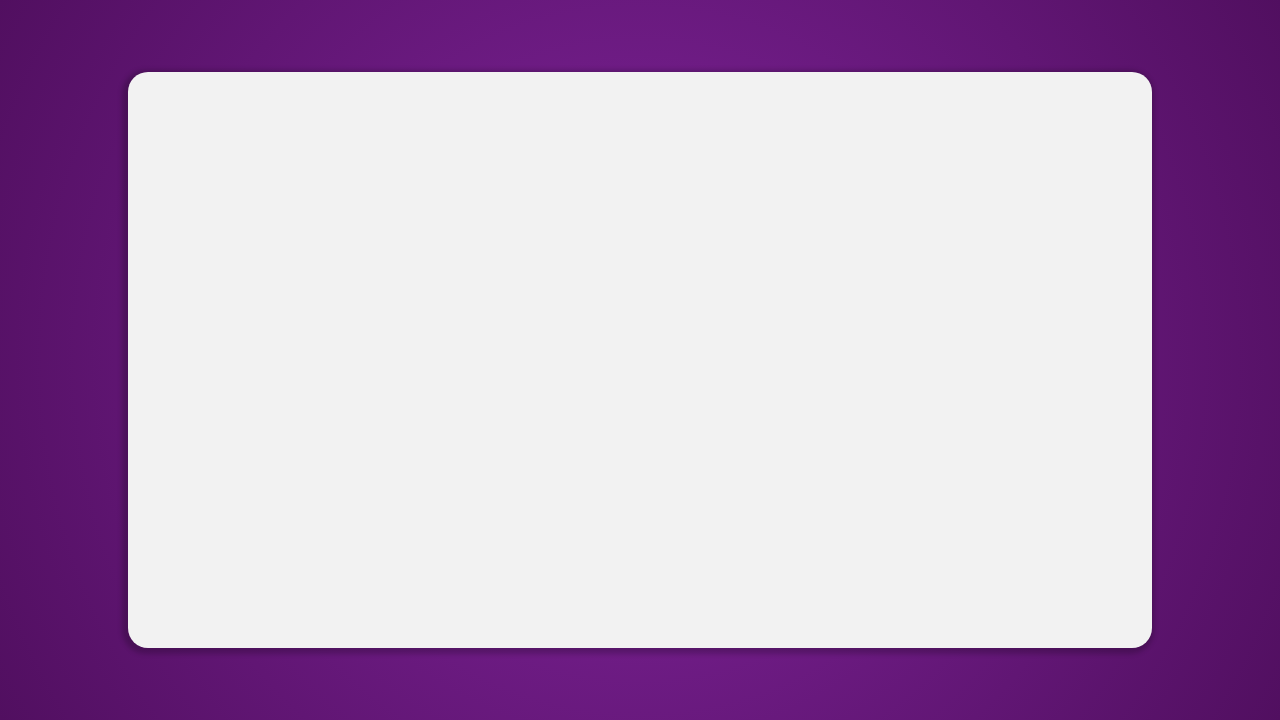
Repository: gabrielejandres/bd-final-project
Page: /play (app in frontend/)
These files come from the project's save history. The page is drawn as it stood at one moment and after the next save; the edit follows.
The browser window is 1280 px wide. The pictures show the whole page.
The project was rebuilt for these pictures with package versions that can differ from the ones it lists, and the page was loaded fresh each time. Also part of the build but not shown: frontend/src/App.css, frontend/src/components/Button/index.jsx, frontend/src/components/Logo/style.css, frontend/src/components/Logo/index.jsx, frontend/src/components/Footer/Login/index.jsx, frontend/src/pages/Login/index.jsx, frontend/src/components/Footer/Home/style.css, frontend/src/components/Footer/Home/index.jsx and 1 more.

Above is the page before, as saved 2022-03-05 21:19:07.

### frontend/src/App.js
import './App.css';
import Login from './pages/Login/index.jsx'
import Home from './pages/Home/index.jsx'
import Play from './pages/Play/index.jsx';
import {BrowserRouter, Route, Routes} from 'react-router-dom';


function App() {
  return (
    <div>
      <BrowserRouter>
          <Routes>
            <Route path="/login" element={<Login/>}/>
            <Route path="/" element={<Home/>}/>
            <Route path="/play" element={<Play/>}/>
          </Routes>
      </BrowserRouter>
    </div>
  );
}

export default App;

### frontend/src/pages/Play/index.jsx
import './style.css'

export default function Play(){
  return (
    <div className="main-page">
      <div className="game-container">

      </div>
    </div>
  )
}

### frontend/src/pages/Login/style.css
@import url('https://fonts.googleapis.com/css2?family=Montserrat:wght@100;400;700;900&display=swap');

:root {
    --color-brand-primary: #510F60;
    --color-brand-secondary: #F17E50;

    --color-neutral-lightest: #F2F2F2;
    --color-neutral-medium: rgba(133,133,133, 1);
    --color-neutral-darkest: #363636;

    --primary-brand-font: 'Montserrat', sans-serif;
}

.main-page {
  background-image: radial-gradient(circle, #81249C, var(--color-brand-primary));

  height: 100vh;

  display: flex;
  justify-content: center;
  align-items: center;
}

.logo img {
  height: 15vh;

  display: flex;
  justify-content: center;
  align-items: center;
}

.container-login {
  width: 40vw;
  height: 60vh;

  display: flex;
  align-items: center;
  justify-content: center;
  flex-direction: column;

  background-color: var(--color-neutral-lightest);

  border-radius: 20px;
  box-shadow: -2px 2px 5px 4px rgba(0,0,0,0.2) ;
}

.access-area {
  display: flex;
  justify-content: center;

  width: 35vw;
}

.user-interaction {
  display: flex;
  align-items: center;
  flex-direction: column;
  justify-content: center;

  margin-left: 1.5vw;
}

.profile {
  width: auto;
  height: auto;

  margin-top: 30px;
  margin-bottom: 50px;
}

.profile img {
  height: 150px;
  width: auto;
}

.input{
  border-radius: 10px;
  border: 1px solid var(--color-neutral-medium);

  height: 24px;
  width: 12vw;

  margin-bottom: 2.5vh;
  padding: 1vh;

  background-color: rgba(133,133,133, 0.2);

  font-family: var(--primary-brand-font);
}

input:focus {
  outline: none;
}

.container-footer {
  width: 100%;

  display: flex;
  align-items: center;
  justify-content: center;
}

.continue-button {
  display: flex;
  align-items: center;
  justify-content: center;
}

### frontend/src/pages/Home/style.css
@import url('https://fonts.googleapis.com/css2?family=Montserrat:wght@100;400;700;900&display=swap');

:root{
    --color-brand-primary: #510F60;
    --color-brand-secondary: #F17E50;
    --color-neutral-lightest: #F2F2F2;
    --primary-brand-font: 'Montserrat', sans-serif;
}

.container{
    width: 35vw;
    height: 65vh;
    display: flex;
    align-items: center;
    justify-content: center;
    flex-direction: column;
    background-color: var(--color-neutral-lightest);
    border-radius: 20px;
    box-shadow: -2px 2px 5px 4px rgba(0,0,0,0.2) ;
    color: var(--color-neutral-darkest);
}

.container-content{
    display: flex;
    flex-direction: column;
    align-items: center;
    height: 80%;
    margin-top: 50px;
}

.buttons-area{
    display: flex;
    flex-direction: column;
    height: 26vh;
    align-items: center;
    justify-content: space-evenly;
    width: 100%;
    margin-top: 5.5vh;
}

.logo {
    width: 35vw;
    display: flex;
    justify-content: center;
    align-items: center;
}

### frontend/src/pages/Play/style.css
.game-container{
  width: 80vw;
  height: 80vh;
  display: flex;
  align-items: center;
  justify-content: center;
  flex-direction: column;
  background-color: var(--color-neutral-lightest);
  border-radius: 20px;
  box-shadow: -2px 2px 5px 4px rgba(0,0,0,0.2) ;
}

### frontend/src/components/Button/style.css
@import url('https://fonts.googleapis.com/css2?family=Montserrat:wght@100;400;500;700;900&display=swap');

:root{
    --color-brand-primary: #510F60;
    --color-brand-secondary: #F17E50;

    --color-neutral-lightest: #F2F2F2;
    --color-neutral-darkest: #363636;

    --primary-brand-font: 'Montserrat', sans-serif;
}

.button {
  cursor: pointer;
  border-radius:30px;
  line-height: 2.5rem;
  font-family: var(--primary-brand-font);
  font-weight: 500;
  height: 4vh;
  display: flex;
  align-items: center;
  justify-content: center;

  border: 1px solid var(--color-neutral-lightest);
  background-image: linear-gradient(-180deg, var(--color-brand-secondary) 0%, #E66038 100%);
  box-shadow: 0 0 0.25rem 0 grey,
              0 -0.25rem 1.5rem rgba(255, 255, 255, 0.1) inset,
              0 0.75rem 0.5rem rgba(255,255,255, 0.4) inset,
              0 0.25rem 0.5rem 0 rgba(255, 255, 255, 0.3) inset;

  color: var(--color-neutral-lightest);

  padding: 2.5vh;
}

### frontend/src/components/Footer/Login/style.css
@import url('https://fonts.googleapis.com/css2?family=Montserrat:wght@100;400;700;900&display=swap');

:root {
    --color-brand-primary: #510F60;
    --color-brand-secondary: #F17E50;

    --color-neutral-lightest: #F2F2F2;
    --color-neutral-medium: rgba(133,133,133, 1);
    --color-neutral-darkest: #363636;

    --primary-brand-font: 'Montserrat', sans-serif;
}

.text-login hr{
    width: 6vw;
    border: 0;
    height: 1.90px;
    background-color: grey;
    margin-top: 1.2vh;
    margin-left: 0.5vw;
    margin-right: 0.5vw;
}

.text-login {
    display: flex;
    justify-content:center;
    align-items: center;

    color: var(--color-neutral-darkest);

    font-family: var(--primary-brand-font);
}

.login-icons {
    display: flex;
    justify-content: center;
}

.login-icons img {
    width: auto;
    height: 35px;

    padding: 0.5vw;
}

Loaded but not shown: frontend/public/index.html (common file); frontend/src/index.js (common file); frontend/src/index.css (common file)

After the next save:
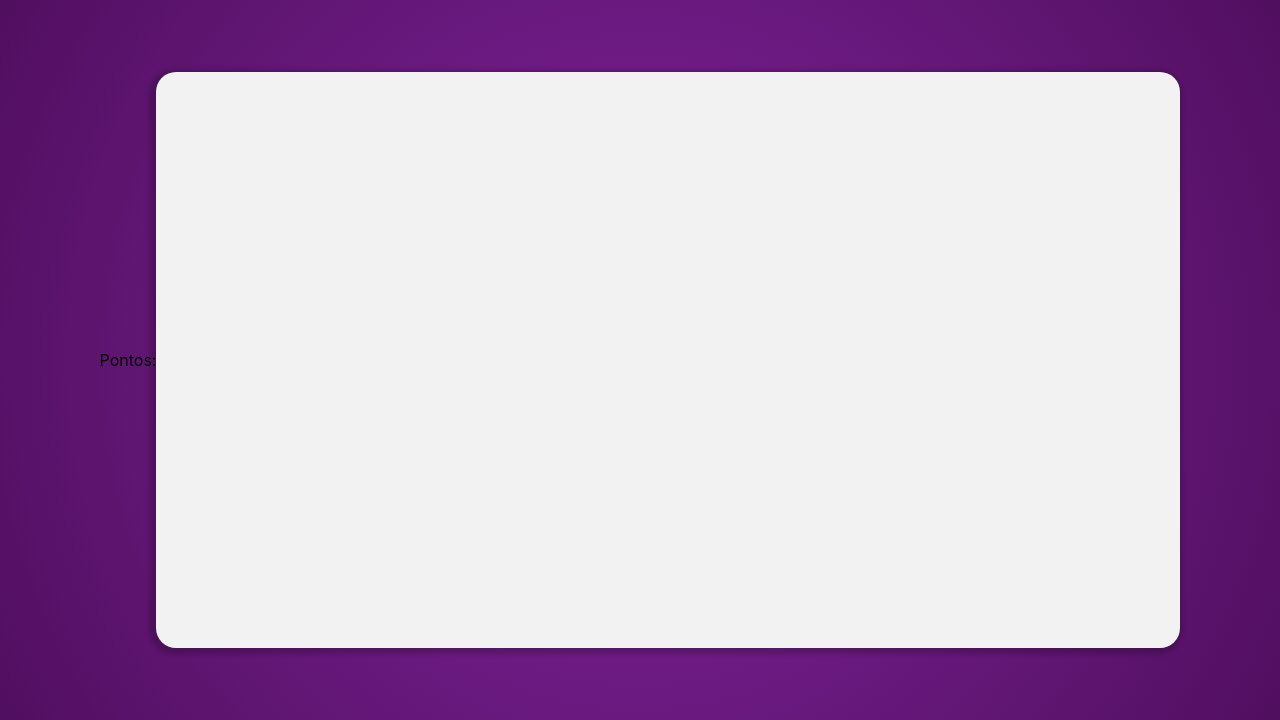
Saved 5 min 3 s later.
--- a/frontend/src/pages/Play/index.jsx
+++ b/frontend/src/pages/Play/index.jsx
@@ -3,8 +3,16 @@ import './style.css'
 export default function Play(){
   return (
     <div className="main-page">
+      <div className="score"> Pontos: {}</div>
       <div className="game-container">
+        <div>
+          <div>
 
+          </div>
+          <div>
+
+          </div>
+        </div>
       </div>
     </div>
   )

After the save that followed:
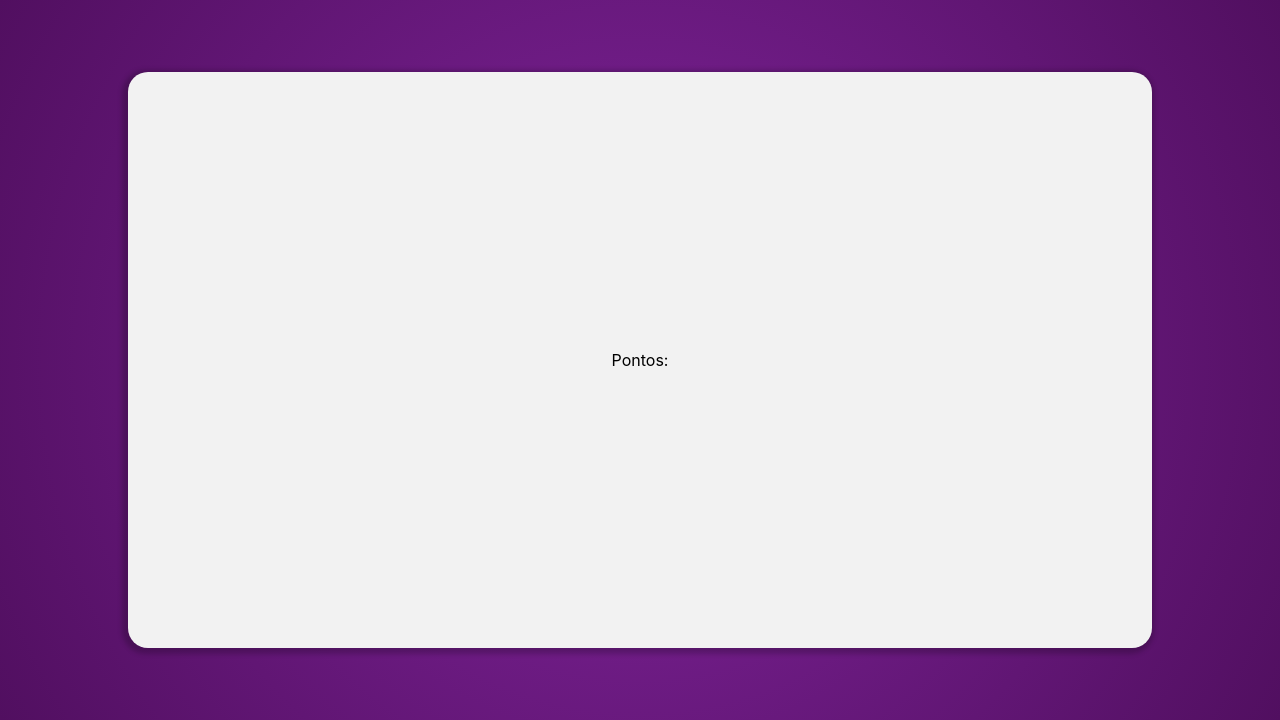
Saved 19 s later.
--- a/frontend/src/pages/Play/style.css
+++ b/frontend/src/pages/Play/style.css
@@ -9,3 +9,7 @@
   border-radius: 20px;
   box-shadow: -2px 2px 5px 4px rgba(0,0,0,0.2) ;
 }
+
+.score{
+  position: absolute;
+}
